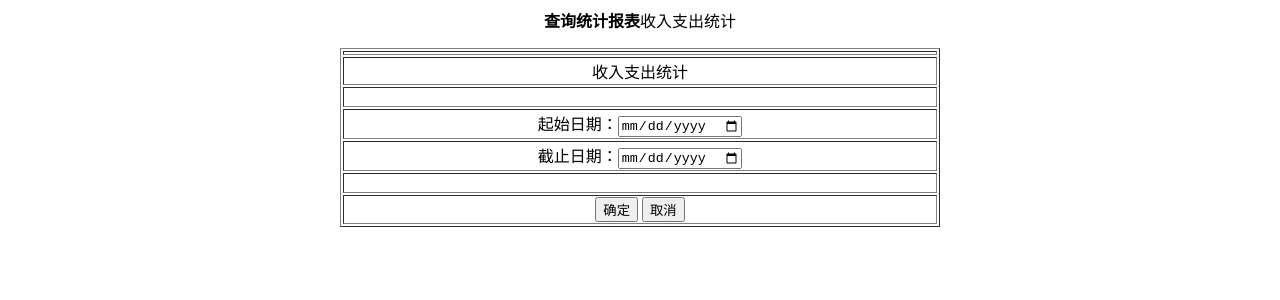
Repository: yuxingyan/OneCrewFlour
Page: http://localhost/Flour/inquirepayout.jsp
These files come from the project's save history. The page is drawn as it stood at one moment and after the next save; the edit follows.
The browser window is 1280 px wide. The pictures show the whole page.
The page is served by Tomcat 9. Nobody is signed in. The application's start-up code is not run.

Above is the page before, as saved 2018-01-11 07:10:35.

After the next save:
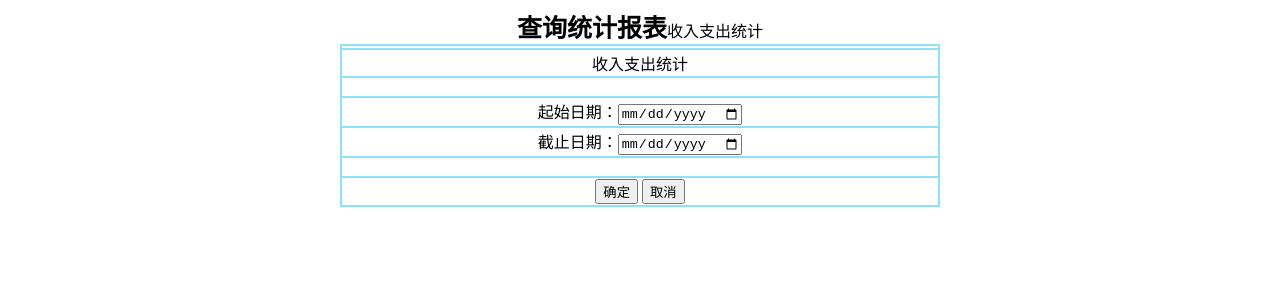
Saved 17 s later.
--- a/Flour/WebRoot/inquirepayout.jsp
+++ b/Flour/WebRoot/inquirepayout.jsp
@@ -51,8 +51,8 @@ String basePath = request.getScheme()+"://"+request.getServerName()+":"+request.
   <body>
     <center>
      <form  name="form1" id="form1" action="" method="post">
-    <p><b>查询统计报表</b>收入支出统计</p>
-    <table border="1" width="600">
+     <strong style="font-size:25px">查询统计报表</strong>收入支出统计
+     <table border="1" width="600" cellspacing="0" bordercolor="#8EE1F6">
     <tr><td colspan="10" ></td></tr>
     <tr height="20px"><td align="center" colspan="4" >收入支出统计</td></tr>
     <tr height="20px"><td align="center" colspan="4" ></td></tr>
